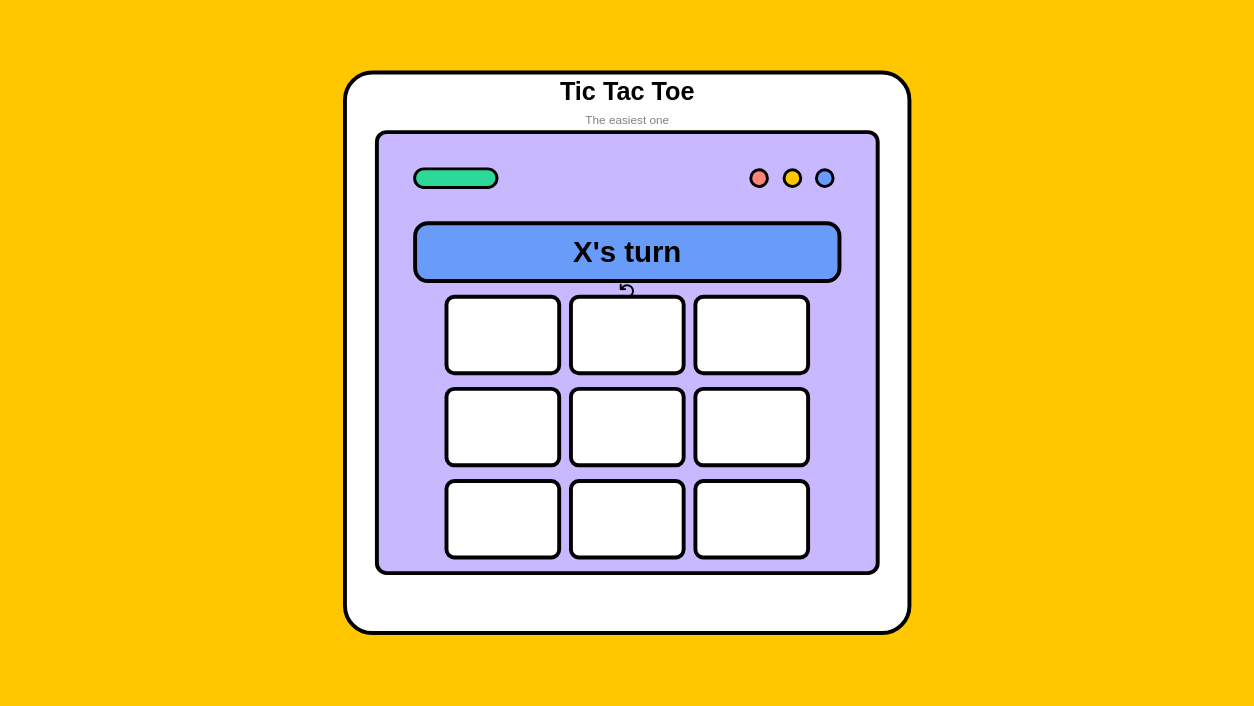
Repository: ThisIsSahaj/Js-Projects
Page: TIcTacToe/index.html
These files come from the project's save history. The page is drawn as it stood at one moment and after the next save; the edit follows.
The browser window is 1280 px wide. The pictures show the whole page, at 98% of full size.

Above is the page before, as saved 2024-05-04 12:11:01.

After the next save:
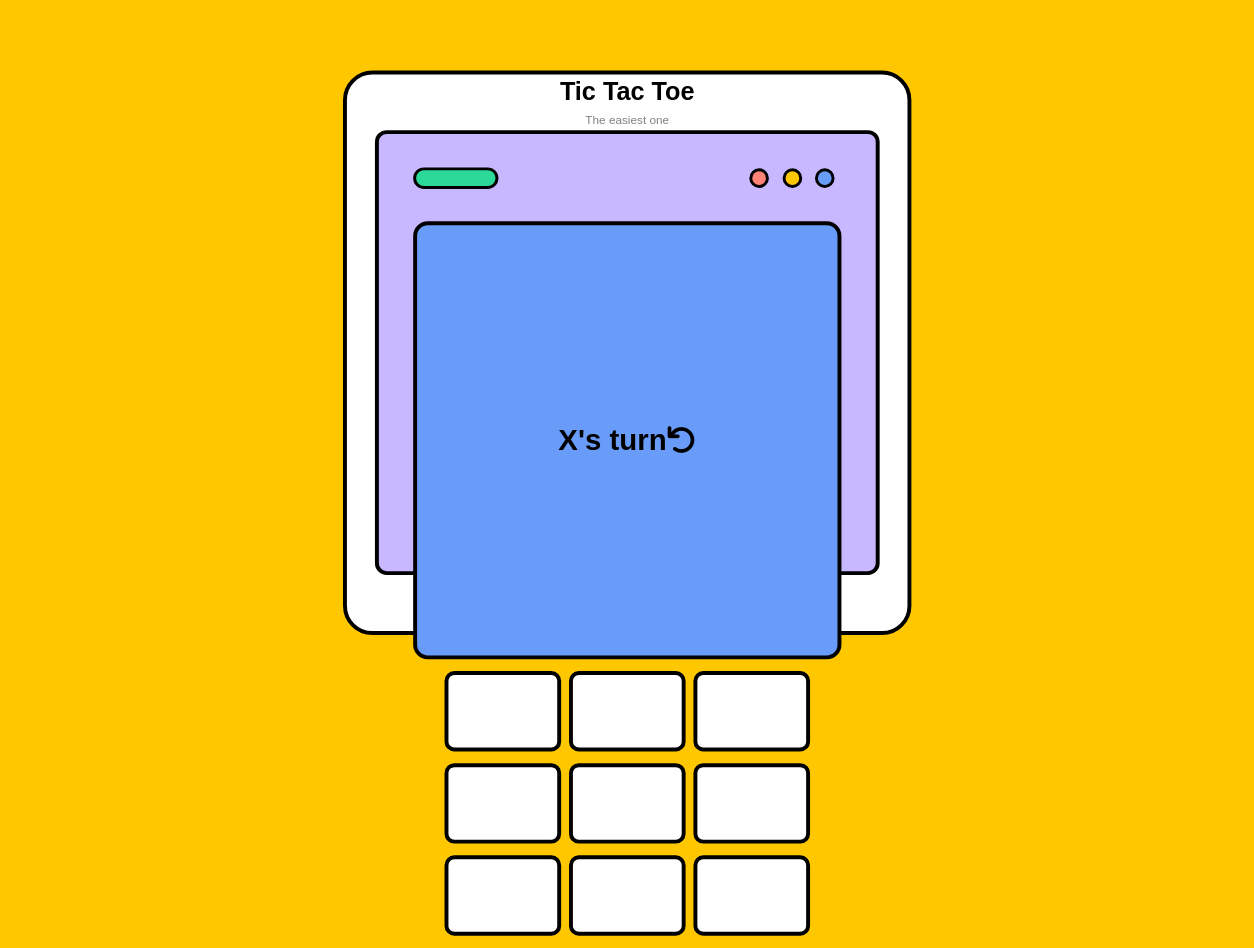
Saved 10 s later.
--- a/TIcTacToe/style.css
+++ b/TIcTacToe/style.css
@@ -146,10 +146,6 @@
     /* border: 2px solid green; */
     height: 14%;
 
-
-}
-
-.display{
     width: 100%;
     height: 100%;
     border-radius: 15px;
@@ -161,6 +157,10 @@
     display: flex;
     justify-content: center;
     align-items: center;
+
+}
+
+.display{
 }
 
 

After the save that followed:
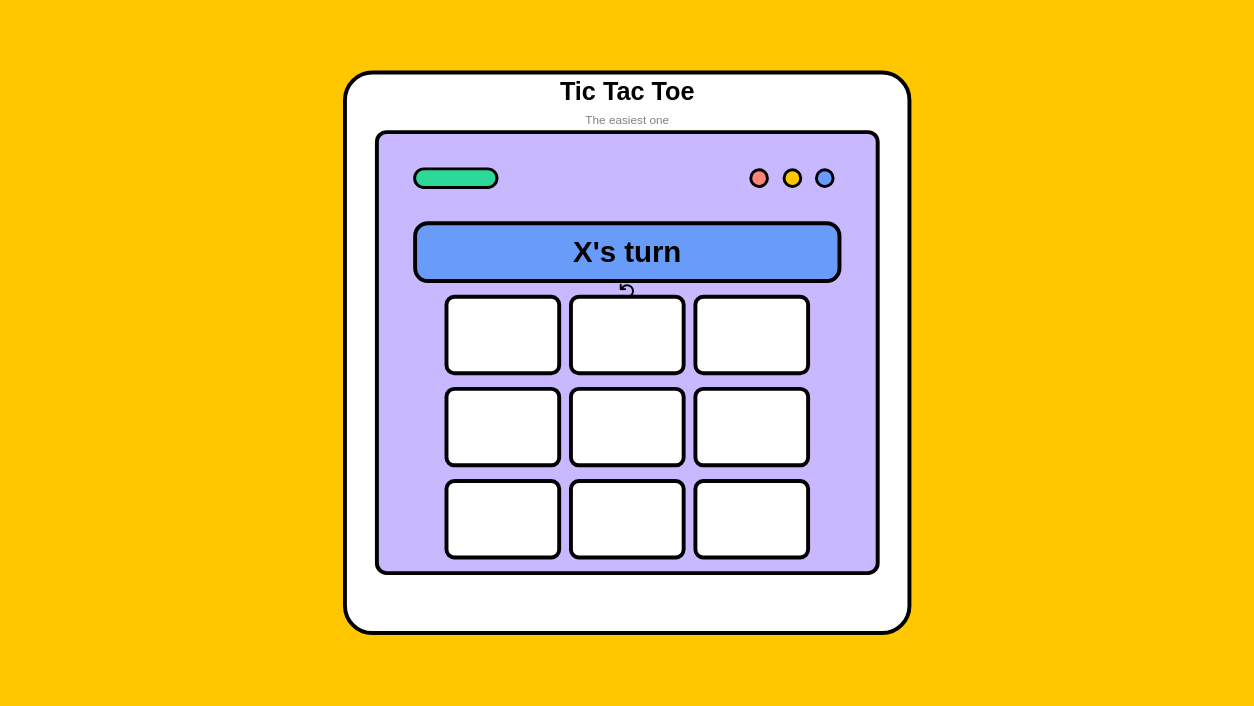
Saved 7 s later.
--- a/TIcTacToe/style.css
+++ b/TIcTacToe/style.css
@@ -146,6 +146,10 @@
     /* border: 2px solid green; */
     height: 14%;
 
+
+}
+
+.display{
     width: 100%;
     height: 100%;
     border-radius: 15px;
@@ -157,10 +161,6 @@
     display: flex;
     justify-content: center;
     align-items: center;
-
-}
-
-.display{
 }
 
 
